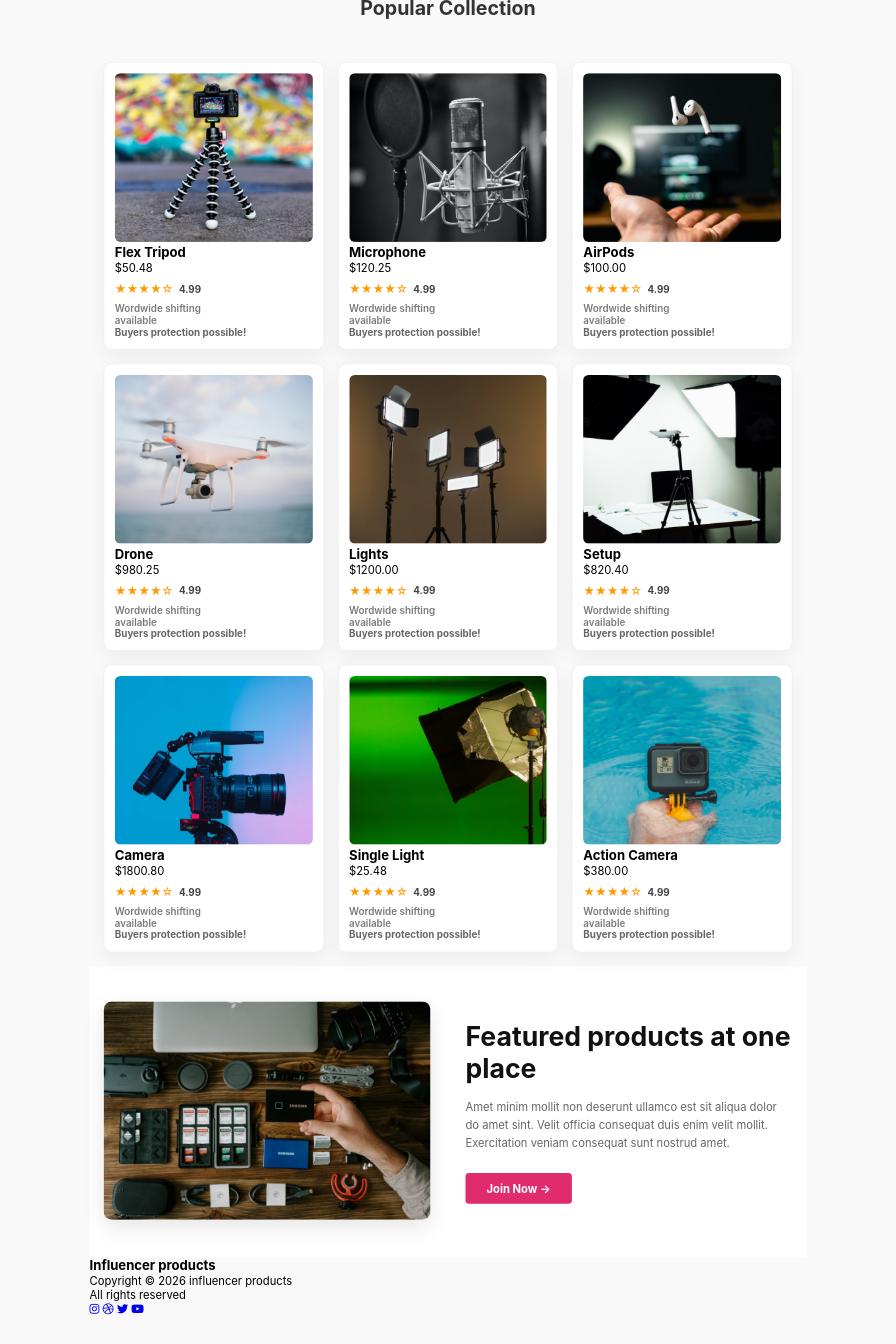
Repository: Saiful21Islam/Influencer-products
Page: it.html
These files come from the project's save history. The page is drawn as it stood at one moment and after the next save; the edit follows.
The browser window is 1280 px wide. The pictures show the part of the page from y = 931 to 2851 px (the page is 2851 px tall before and 2768 px after), at 70% of full size.

Above is the page before, as saved 2026-03-11 12:16:22.

After the next save:
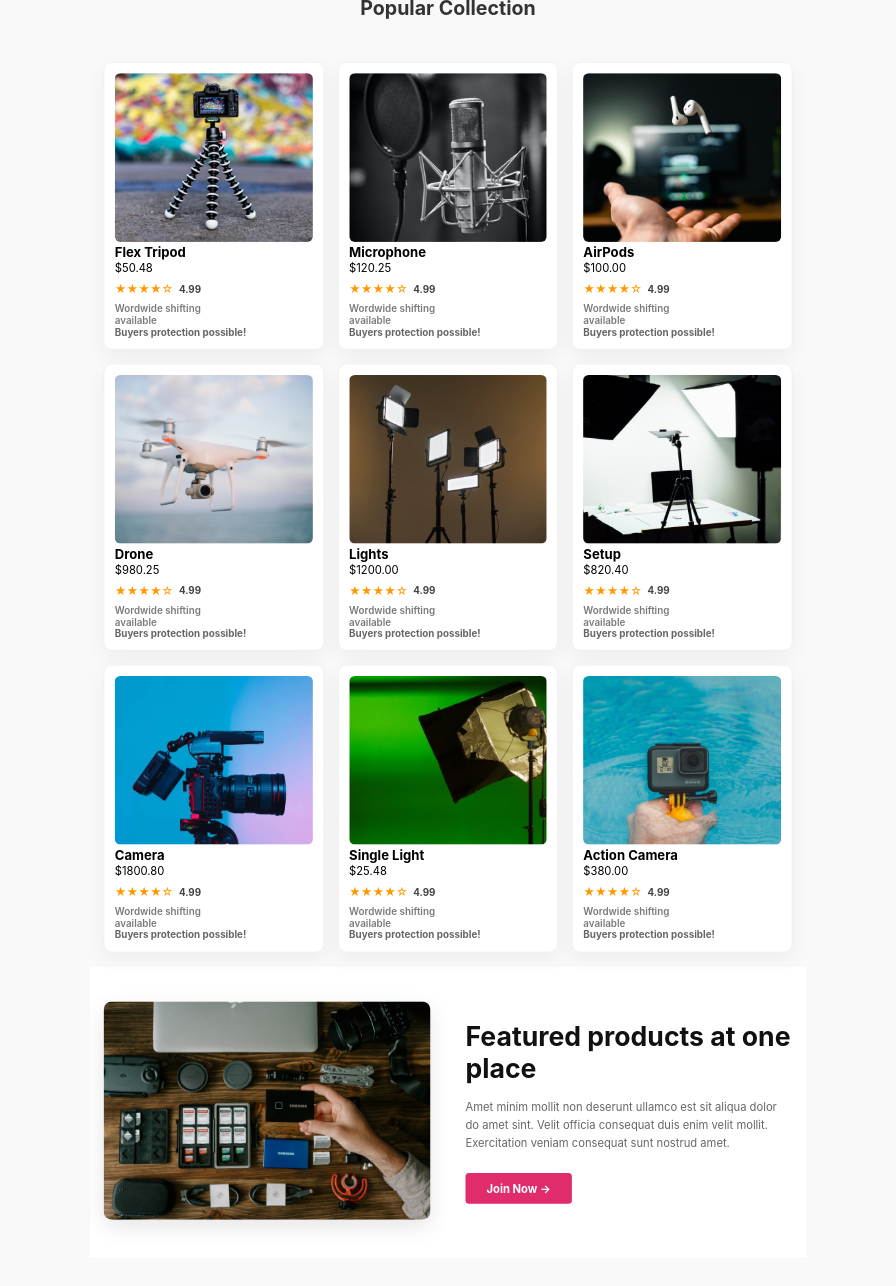
Saved 10 s later.
--- a/it.html
+++ b/it.html
@@ -279,19 +279,6 @@
         </div>
     </section>
 
-    <footer class="simple-footer">
-    <div class="footer-inner">
-        <h3>Influencer products</h3>
-        <p>Copyright © 2026 influencer products <br> All rights reserved</p>
-
-        <div class="footer-icons">
-            <a href="#"><i class="fa-brands fa-instagram"></i></a>
-            <a href="#"><i class="fa-brands fa-dribbble"></i></a>
-            <a href="#"><i class="fa-brands fa-twitter"></i></a>
-            <a href="#"><i class="fa-brands fa-youtube"></i></a>
-        </div>
-    </div>
-</footer>
 </body>
 
 </html>

After the save that followed:
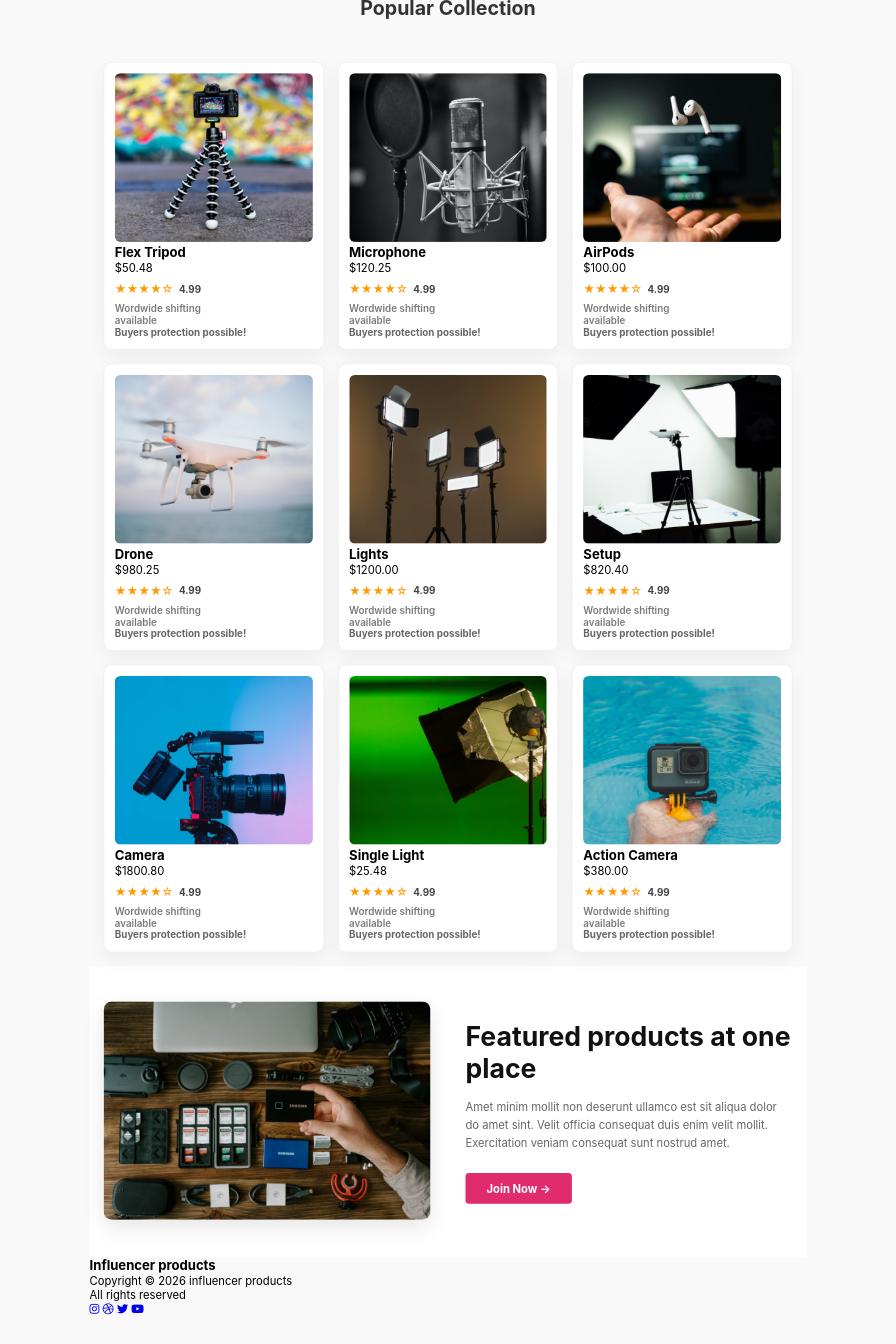
Saved 9 s later.
--- a/it.html
+++ b/it.html
@@ -278,7 +278,17 @@
             </div>
         </div>
     </section>
-
+    <footer class="influencer-footer">
+    <h3>Influencer products</h3>
+    <p>Copyright © 2026 influencer products <br> All rights reserved</p>
+
+    <div class="footer-social-icons">
+        <a href="#"><i class="fa-brands fa-instagram"></i></a>
+        <a href="#"><i class="fa-brands fa-dribbble"></i></a>
+        <a href="#"><i class="fa-brands fa-twitter"></i></a>
+        <a href="#"><i class="fa-brands fa-youtube"></i></a>
+    </div>
+</footer>
 </body>
 
 </html>
